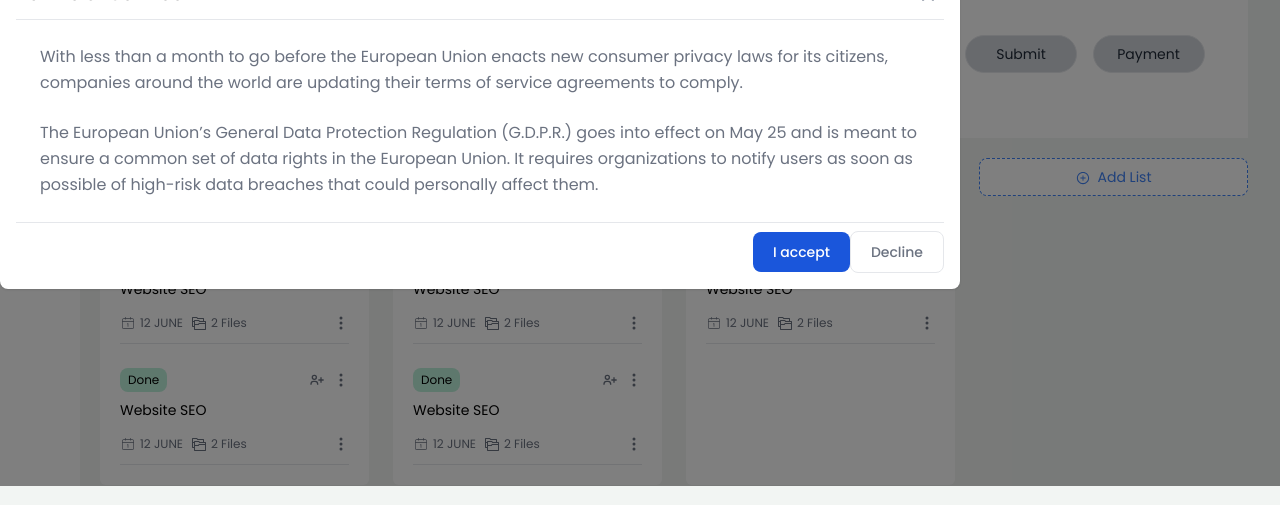
Repository: Shamraiz761/Frontend-Assessment
Page: /, after clicking the first element matching `button.bg-white`
An editor plug-in stored every save of this project. The page is shown before and after the next save, followed by the edit.
The browser window is 1280 px wide. The pictures show the part of the page from y = 234 to 739 px (the page is 739 px tall).
Pictures or frames that could not be fetched are drawn as grey boxes. The project was rebuilt for these pictures with package versions that can differ from the ones it lists, and the page was loaded fresh each time. Also part of the build but not shown: vite.config.js. Imported but missing from the stored project, and not drawn on this page: src/pages/auth/login.

Above is the page before, as saved 2023-06-09 12:54:36.

After the next save:
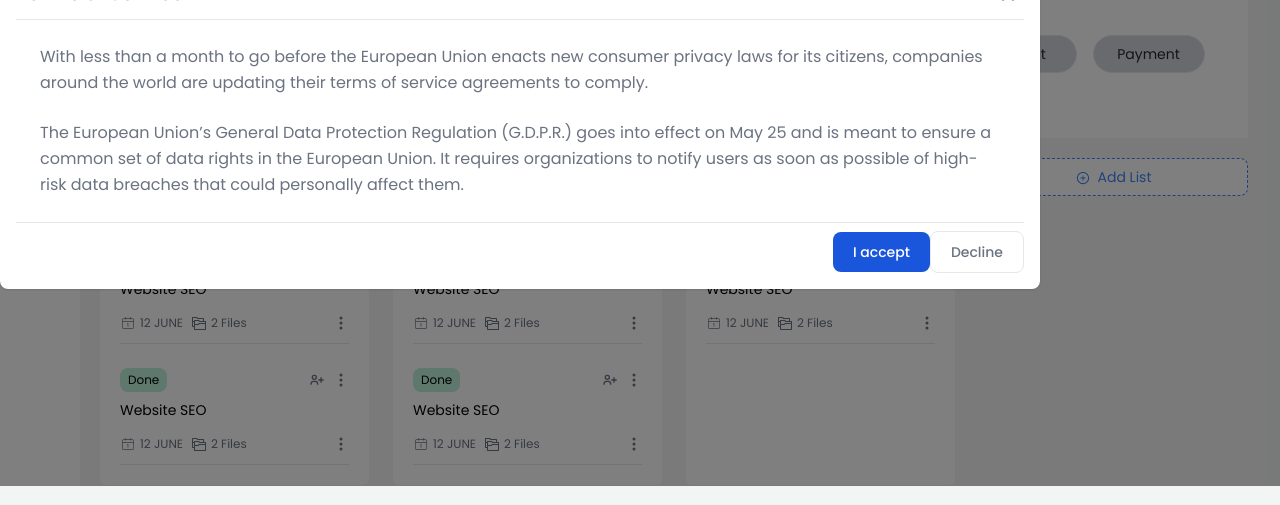
Saved 17 s later.
--- a/src/pages/Dashboard/index.jsx
+++ b/src/pages/Dashboard/index.jsx
@@ -62,7 +62,7 @@ function Home() {
           </button>
           {isModalOpen && (
             <div className="fixed w-full top-0 left-0 right-0 bottom-0 z-50   bg-opacity-50 bg-black">
-              <div className="w-9/12 flex min-h-screen  items-center justify-center ">
+              <div className="w-9/12 ml-10 flex min-h-screen  items-center justify-center ">
                 <div className="absolute bg-white rounded-lg shadow p-4">
                   {/* Modal header */}
                   <div className="flex items-start justify-between border-b pb-2">
